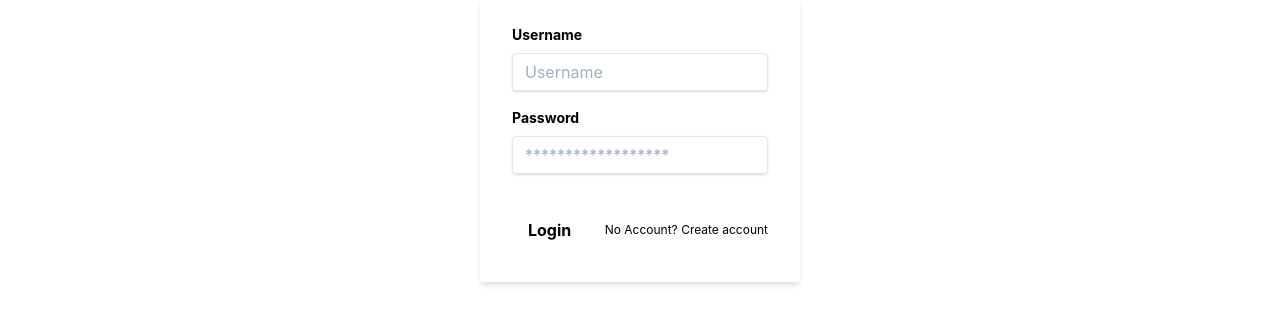
Repository: tzs34/amplifyLogin
Page: /
An editor plug-in stored every save of this project. The page is shown before and after a run of saves, followed by the edit.
The browser window is 1280 px wide. The pictures show the whole page.
The project was rebuilt for these pictures with package versions that can differ from the ones it lists, and the page was loaded fresh each time. Also part of the build but not shown: src/components/Views/HomePage.js, src/components/Alerts/Error.js, src/components/Auth/SignUpForm.js, src/App.css.

Above is the page before, as saved 2019-12-09 15:49:40.

After the next 3 saves:
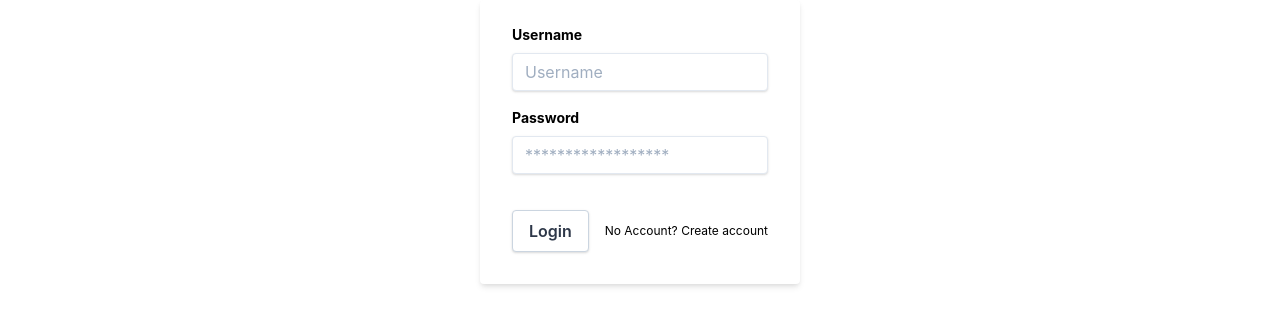
The 3 saves are shown as one change because 2 did not build or start.
The last was saved 114 s later.
--- a/src/components/Auth/LoginForm.js
+++ b/src/components/Auth/LoginForm.js
@@ -68,7 +68,7 @@ const LoginForm = ({ history }) => {
         </div>
         <div className="flex items-center justify-between">
           <button
-            className="bg-blue hover:bg-blue-dark text-blue font-bold py-2 px-4 rounded focus:outline-none focus:shadow-outline"
+            className="bg-white hover:bg-gray-100 text-gray-800 font-semibold py-2 px-4 border border-gray-400 rounded shadow"
             type="button"
             onClick={onSubmitForm}
           >
